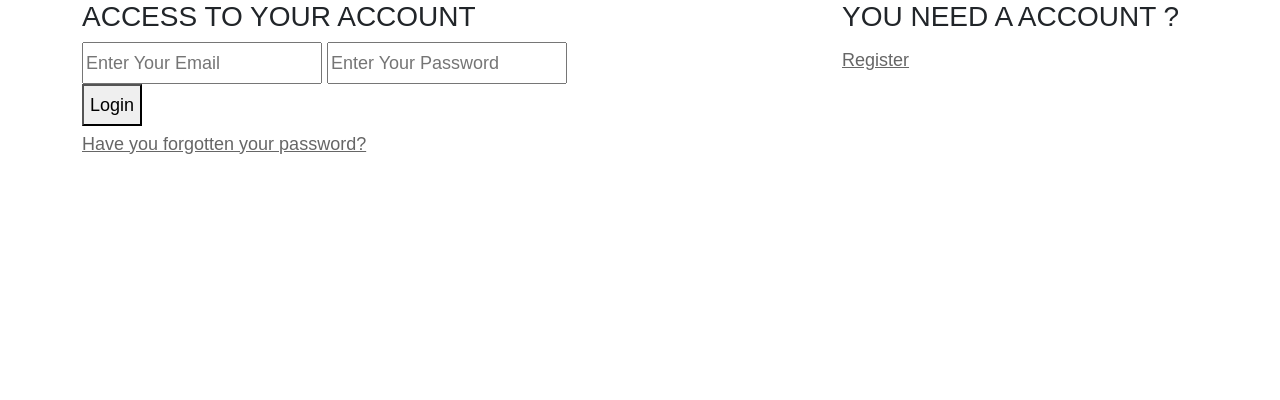
Repository: AnnPTit/ASM_Java04
Page: http://localhost/Asm/views/login
The author's editor kept a copy of each file at every save. The page is drawn from the files as they stood at one save, then again after the next save.
The browser window is 1280 px wide. The pictures show the whole page.
Some web libraries are served in a nearby version. The page is served by Tomcat 9. Other server files are loaded and not shown.

Above is the page before, as saved 2023-03-19 02:46:11.

### Asm/src/main/webapp/views/login.jsp
<%@ page language="java" contentType="text/html; charset=UTF-8"
	pageEncoding="UTF-8"%>
<!DOCTYPE html>
<html>
<head>
<meta charset="UTF-8">
<title>Login</title>
<link
	href="https://cdn.jsdelivr.net/npm/bootstrap@5.3.0-alpha1/dist/css/bootstrap.min.css"
	rel="stylesheet"
	integrity="sha384-GLhlTQ8iRABdZLl6O3oVMWSktQOp6b7In1Zl3/Jr59b6EGGoI1aFkw7cmDA6j6gD"
	crossorigin="anonymous">
<link rel="stylesheet"
	href="https://cdnjs.cloudflare.com/ajax/libs/font-awesome/6.3.0/css/all.min.css"
	integrity="sha512-SzlrxWUlpfuzQ+pcUCosxcglQRNAq/DZjVsC0lE40xsADsfeQoEypE+enwcOiGjk/bSuGGKHEyjSoQ1zVisanQ=="
	crossorigin="anonymous" referrerpolicy="no-referrer" />
<link rel="stylesheet" href="../assets/css/style.css">
</head>
<body>
	<div class="container">
		<div class="row login__main">
			<div class="col-lg-6 col-sm-12">
				<h3 class="login__title">ACCESS TO YOUR ACCOUNT</h3>

				<form action="" class="login__input">
					<input type="email" id="em" placeholder="Enter Your Email" required
						ng-model="email" /> <input type="password" required
						placeholder="Enter Your Password" ng-model="password" />
					<button class="login__btn" type="submit" ng-click="login()">
						Login</button>
				</form>

				<a href="#login-forget" class="forget__login">Have you forgotten
					your password?</a>
			</div>
			<div class="col-lg-2"></div>
			<div class="col-lg-4 col-sm-12">
				<h3 class="login__title">YOU NEED A ACCOUNT ?</h3>
				<div class="login__input">
					<a class="login__btn register__btn--log" href="#register">Register</a>
				</div>
			</div>
		</div>
	</div>

</body>
</html>

### Asm/src/main/java/controller/LoginController.java
package controller;

import java.io.IOException;

import javax.mail.MessagingException;
import javax.mail.internet.AddressException;
import javax.servlet.ServletException;
import javax.servlet.annotation.WebServlet;
import javax.servlet.http.HttpServlet;
import javax.servlet.http.HttpServletRequest;
import javax.servlet.http.HttpServletResponse;
import javax.servlet.http.HttpSession;

import entity.User;
import repository.UserRepository;
import util.EmailUtility;

/**
 * Servlet implementation class LoginController
 */
@WebServlet(urlPatterns = { "/views/login", "/views/register", "/views/forgot", "/forgot", "/views/changepass",
		"/changepass" })
public class LoginController extends HttpServlet {
	private static final long serialVersionUID = 1L;

	/**
	 * @see HttpServlet#HttpServlet()
	 */
	UserRepository userRepository = new UserRepository();
	EmailUtility emailUtility = new EmailUtility();

	public LoginController() {
		super();
		// TODO Auto-generated constructor stub
	}

	/**
	 * @see HttpServlet#doGet(HttpServletRequest request, HttpServletResponse
	 *      response)
	 */
	protected void doGet(HttpServletRequest request, HttpServletResponse response)
			throws ServletException, IOException {
//		request.getRequestDispatcher("/views/login.jsp").forward(request, response);

		String uri = request.getRequestURI();
		if (uri.contains("login")) {
			String username = request.getParameter("username");
			String password = request.getParameter("password");
			User user = new User();
			if (username == null) {
				request.getRequestDispatcher("/views/login.jsp").forward(request, response);
				return;
			} else {
				user = userRepository.logIn(username, password);
			}

			if (user != null) {
				HttpSession session = request.getSession();
				session.setAttribute("username", username);
				session.setAttribute("password", password);
				String path = request.getContextPath();
				if (user.getIsAdmin() == true) {
					response.sendRedirect(path + "/admins/Admin");
				} else {
					response.sendRedirect(path + "/views/video");
				}

			} else {
				request.setAttribute("error", "This account is not valid!");
				request.getRequestDispatcher("/views/login.jsp").forward(request, response);
			}

		} else if (uri.contains("register")) {
			request.getRequestDispatcher("/views/Register.jsp").forward(request, response);
		} else if (uri.contains("forgot")) {
			request.getRequestDispatcher("/views/Forget.jsp").forward(request, response);
		} else if (uri.contains("changepass")) {
			request.getRequestDispatcher("/views/ChangePass.jsp").forward(request, response);
		}

	}

	/**
	 * @see HttpServlet#doPost(HttpServletRequest request, HttpServletResponse
	 *      response)
	 */
	protected void doPost(HttpServletRequest request, HttpServletResponse response)
			throws ServletException, IOException {
		String uri = request.getRequestURI();
		if (uri.contains("forgot")) {
			try {
				this.sendNewPass(request, response);
			} catch (MessagingException e) {
				// TODO Auto-generated catch block
				e.printStackTrace();
			}
		} else if (uri.contains("changepass")) {
			this.changePass(request, response);
		}
	}

	private void changePass(HttpServletRequest request, HttpServletResponse response)
			throws IOException, ServletException {
		HttpSession session = request.getSession();
		String username = (String) session.getAttribute("username");
		String path = request.getContextPath();
		String pass = request.getParameter("password");
		String newPass = request.getParameter("newPass");
		String rePass = request.getParameter("reNewPass");

		if (!newPass.equals(rePass)) {
			request.setAttribute("mess", "Password does not match ");
			request.getRequestDispatcher("/views/ChangePass.jsp").forward(request, response);
			return;
		}
		if (username == null) {
			request.setAttribute("mess", "Please login frist!");
			request.getRequestDispatcher("/views/ChangePass.jsp").forward(request, response);

		} else {
			User user = userRepository.getUserbyUserName(username);
			if (!user.getPassword().equals(pass)) {
				request.setAttribute("mess", "Password incorect! ");
				request.getRequestDispatcher("/views/ChangePass.jsp").forward(request, response);
				return;
			} else {
				user.setPassword(newPass);
				userRepository.updateUser(user);
				System.out.println("Cap Nhat Mat Khau Thanh Cong");
//				request.getRequestDispatcher("/views/ChangePass").forward(request, response);
				response.sendRedirect(path + "/views/login");
			}

		}
	}

	private void sendNewPass(HttpServletRequest request, HttpServletResponse response)
			throws AddressException, MessagingException, ServletException, IOException {
		String email = request.getParameter("email");
		User user = userRepository.getUserByEmail(email);
		if (user == null) {
			HttpSession session = request.getSession();
			session.setAttribute("mess", "Email is not valid");
			String path = request.getContextPath();
			request.getRequestDispatcher("/views/Forget.jsp").forward(request, response);
			return;
		}

		String pass = user.getPassword();
		emailUtility.guiMail(email, "Your password is " + pass);
		HttpSession session = request.getSession();
		session.setAttribute("mess", "Password was sended to your email");
		String path = request.getContextPath();
		response.sendRedirect(path + "/views/login");
	}

}

### Asm/src/main/java/util/EmailUtility.java
package util;

import java.util.Properties;

import javax.mail.Authenticator;
import javax.mail.Message;
import javax.mail.MessagingException;
import javax.mail.Multipart;
import javax.mail.PasswordAuthentication;
import javax.mail.Session;
import javax.mail.Transport;
import javax.mail.internet.AddressException;
import javax.mail.internet.InternetAddress;
import javax.mail.internet.MimeBodyPart;
import javax.mail.internet.MimeMessage;
import javax.mail.internet.MimeMultipart;

public class EmailUtility {
	private final String emailSubject = "Pham An Want with you !";

	public void guiMail(String emailNhan, String textMessage) throws AddressException, MessagingException {

		final String emailGui = "PhamThanhAnzwz@gmail.com";
		final String matKhau = "wgfiytddwlxepcid";

		Properties prop = new Properties();

		prop.put("mail.smtp.auth", true);
		prop.put("mail.smtp.starttls.enable", "true");
		prop.put("mail.smtp.host", "smtp.gmail.com");
		prop.put("mail.smtp.port", "587");
		prop.put("mail.smtp.ssl.protocols", "TLSv1.2");
		prop.put("mail.smtp.ssl.trust", "smtp.gmail.com");

		Session session = Session.getInstance(prop, new Authenticator() {
			@Override
			protected PasswordAuthentication getPasswordAuthentication() {
				return new PasswordAuthentication(emailGui, matKhau);
			}
		});

		Message message = new MimeMessage(session);
		message.setFrom(new InternetAddress(emailGui));
		message.setRecipients(Message.RecipientType.TO, InternetAddress.parse(emailNhan));

		// Tiêu đề
		message.setSubject(emailSubject);

		// Nội dung
		MimeBodyPart mimeBodyPart = new MimeBodyPart();
		mimeBodyPart.setContent(textMessage, "text/html; charset=utf-8");

		Multipart multipart = new MimeMultipart();
		multipart.addBodyPart(mimeBodyPart);

		message.setContent(multipart);

		Transport.send(message);
	}
}

### Asm/src/main/java/entity/User.java
package entity;

import java.util.List;

import javax.persistence.Column;
import javax.persistence.Entity;
import javax.persistence.FetchType;
import javax.persistence.GeneratedValue;
import javax.persistence.GenerationType;
import javax.persistence.Id;
import javax.persistence.OneToMany;
import javax.persistence.Table;

@Entity
@Table(name = "`user`")
public class User {

	@Id
	@Column(name = "id")
	@GeneratedValue(strategy = GenerationType.IDENTITY)
	private Integer id;
	@Column(name = "username")
	private String username;
	@Column(name = "password")
	private String password;
	@Column(name = "email")
	private String email;
	@Column(name = "isAdmin")
	private Boolean isAdmin;
	@Column(name = "isActive")
	private Boolean isActive;
	@OneToMany(mappedBy = "user", fetch = FetchType.LAZY)
	private List<History> liHistories;

	public User() {
		super();
		// TODO Auto-generated constructor stub
	}

	public User(Integer id, String username, String password, String email, Boolean isAdmin, Boolean isActive,
			List<History> liHistories) {
		super();
		this.id = id;
		this.username = username;
		this.password = password;
		this.email = email;
		this.isAdmin = isAdmin;
		this.isActive = isActive;
		this.liHistories = liHistories;
	}

	public Integer getId() {
		return id;
	}

	public void setId(Integer id) {
		this.id = id;
	}

	public String getUsername() {
		return username;
	}

	public void setUsername(String username) {
		this.username = username;
	}

	public String getPassword() {
		return password;
	}

	public void setPassword(String password) {
		this.password = password;
	}

	public String getEmail() {
		return email;
	}

	public void setEmail(String email) {
		this.email = email;
	}

	public Boolean getIsAdmin() {
		return isAdmin;
	}

	public void setIsAdmin(Boolean isAdmin) {
		this.isAdmin = isAdmin;
	}

	public Boolean getIsActive() {
		return isActive;
	}

	public void setIsActive(Boolean isActive) {
		this.isActive = isActive;
	}

	public List<History> getLiHistories() {
		return liHistories;
	}

	public void setLiHistories(List<History> liHistories) {
		this.liHistories = liHistories;
	}

}

### Asm/src/main/webapp/assets/css/style.css
@charset "UTF-8";

.test {
	color: red;
}

/*

TemplateMo 552 Video Catalog

https://templatemo.com/tm-552-video-catalog

*/
html {
	scroll-behavior: smooth;
	overflow-x: hidden;
}

body {
	margin: 0;
	padding: 0;
	font-family: 'Source Sans Pro', sans-serif;
	font-size: 18px;
	line-height: 2em;
	overflow-x: hidden;
}

a {
	transition: all 0.3s ease;
	color: #666;
}

a:hover {
	color: #29BBCC;
	text-decoration: none;
}

h2, p {
	color: #666666;
}

.tm-site-header {
	position: absolute;
	z-index: 1000;
	width: 100%;
	top: 0;
	left: 0;
	padding: 40px;
}

.tm-logo-container {
	display: block;
	padding: 30px;
	width: 320px;
	height: 160px;
}

.tm-site-logo {
	font-size: 3rem;
}

.tm-site-name {
	font-size: 1.9rem;
}

#tm-video-container {
	max-height: 720px;
	overflow: hidden;
	background-color: #333;
}

#tm-video {
	width: 100%;
	height: auto;
}

.tm-bg-black {
	background-color: rgba(0, 0, 0, 0.5);
	color: white;
}

.tm-bg-gray {
	background-color: #F4F4F4;
}

.tm-text-primary {
	color: #3399CC;
}

.tm-text-secondary {
	color: #3CAFAF;
}

.tm-nav-link {
	color: white;
	font-size: 1.4rem;
}

#tm-main-nav .nav-item .nav-link {
	border-bottom: 1px solid transparent;
}

#tm-main-nav .nav-item.active .nav-link, #tm-main-nav .nav-item:hover .nav-link
	{
	border-bottom: 1px solid white;
	color: white;
}

.tm-welcome-container {
	position: absolute;
	width: 100%;
	height: 100%;
	display: flex;
	justify-content: center;
	flex-direction: column;
	z-index: 999;
}

.tm-welcome-container-inner {
	margin-top: 100px;
}

.tm-welcome-text {
	font-size: 1.6rem;
}

.btn {
	padding: 15px 60px;
	font-size: 1.6rem;
	border: none;
	cursor: pointer;
}

.btn-primary {
	background-color: #3399CC;
}

.btn-primary:hover {
	background-color: #1674a0;
}

/*
    Button hover effect: https://tympanus.net/Development/CreativeButtons/
*/
.tm-btn-animate {
	position: relative;
	overflow: hidden;
	-webkit-backface-visibility: hidden;
	-moz-backface-visibility: hidden;
	backface-visibility: hidden;
	transition: all 0.3s ease;
}

.tm-btn-animate:before {
	left: 0;
	top: -100%;
	position: absolute;
	height: 100%;
	width: 100%;
	line-height: 2.5;
	-webkit-transition: all 0.3s;
	-moz-transition: all 0.3s;
	transition: all 0.3s;
	font-family: "Font Awesome 5 Free";
	font-style: normal;
	font-weight: 900;
	line-height: 1;
	-webkit-font-smoothing: antialiased;
}

.tm-btn-animate:after {
	content: '';
	position: absolute;
	z-index: -1;
	-webkit-transition: all 0.3s;
	-moz-transition: all 0.3s;
	transition: all 0.3s;
}

.tm-btn-animate:hover:before {
	top: 13px;
}

.tm-btn-animate span {
	display: inline-block;
	width: 100%;
	height: 100%;
	-webkit-transition: all 0.3s;
	-webkit-backface-visibility: hidden;
	-moz-transition: all 0.3s;
	-moz-backface-visibility: hidden;
	transition: all 0.3s;
	backface-visibility: hidden;
}

.tm-btn-animate:hover span {
	-webkit-transform: translateY(300%);
	-moz-transform: translateY(300%);
	-ms-transform: translateY(300%);
	transform: translateY(300%);
}

.tm-btn-cta {
	color: white;
	background-color: rgba(0, 0, 0, 0.5);
}

.tm-btn-cta:before {
	font-size: 180%;
}

.tm-btn-download:before {
	font-size: 120%;
}

.tm-btn-submit:before {
	font-size: 120%;
}

.tm-icon-down:before {
	content: '\f078';
}

.tm-icon-download:before {
	content: '\f019';
}

.tm-icon-submit:before {
	content: '\f1d8';
}

.tm-icon-submit:hover:before {
	top: 18px;
}

.tm-btn-cta:hover {
	color: white;
}

.tm-btn-download:hover, .tm-btn-download:focus, .tm-btn-submit:hover,
	.tm-btn-submit:focus {
	color: white;
	background-color: #3399CC;
}

.tm-btn-download span {
	padding-top: 10px;
}

.tm-btn-small {
	padding: 10.5px 35px;
	font-size: 1.2rem;
}

#tm-video-control-button {
	position: absolute;
	bottom: 20px;
	right: 20px;
	z-index: 1000;
}

.tm-content-container {
	max-width: 1422px;
	padding-top: 80px;
	padding-bottom: 35px;
}

.tm-page-title {
	font-size: 2.5rem;
}

.tm-catalog-item-list {
	justify-content: space-between;
}

.tm-catalog-item {
	max-width: 462px;
	display: flex;
	flex-direction: column;
	margin-bottom: 64px;
}

.tm-thumbnail-container {
	overflow: hidden;
}

.tm-thumbnail-container img {
	transition: all 0.3s ease;
}

.tm-thumbnail-container:hover img {
	transform: scale(1.2) rotate(5deg);
}

.tm-img-overlay {
	top: 0;
	left: 0;
	width: 100%;
	height: 100%;
	display: flex;
	align-items: center;
	justify-content: center;
	background-color: rgba(0, 0, 0, 0.4);
	cursor: pointer;
	transition: all 0.3s ease;
}

.tm-overlay-icon {
	color: #a7a7a7;
	opacity: 1;
	font-size: 2rem;
	padding: 10px 15px;
	background-color: rgba(0, 0, 0, 0.5);
	border-radius: 50%;
	width: 70px;
	height: 70px;
	display: flex;
	align-items: center;
	justify-content: center;
	padding-right: 8px;
	z-index: 1002;
	transition: all 0.3s ease;
}

.tm-img-overlay:hover {
	background-color: transparent;
}

.tm-img-overlay:hover .tm-overlay-icon {
	opacity: 0;
}

.tm-catalog-item-description {
	flex: 1;
}

.tm-categories-container {
	display: flex;
	align-items: center;
}

.tm-categories-text {
	margin-right: 16px;
}

.tm-category-list {
	font-size: 1.75rem;
}

.tm-category-item {
	margin: 16px;
}

.tm-category-link {
	color: #3399CC;
	padding: 10px;
	border-bottom: 3px solid transparent;
}

.tm-category-link.active, .tm-category-link:hover {
	border-bottom: 3px solid #3399CC;
	color: #3399CC;
}

.tm-paging-link {
	background-color: #F4F4F4;
	margin-right: 12px;
	font-size: 1.5rem;
	width: 60px;
	height: 60px;
	display: flex;
	align-items: center;
	justify-content: center;
}

.nav-item.active>.tm-paging-link, .nav-item:hover>.tm-paging-link {
	background-color: #CCC;
	color: #666666;
}

.tm-subscribe-form {
	display: flex;
	align-items: center;
}

.tm-subscribe-form>input {
	padding: 5px 15px;
	margin-right: 20px;
	flex: 1;
	max-width: 382px;
}

.tm-footer-links>li {
	margin-bottom: 10px;
}

/*Video detail page*/
.tm-video-title {
	font-size: 2.5rem;
}

.tm-share-box {
	font-size: 1.4rem;
	padding: 3rem;
}

.tm-share-box-title {
	font-size: 1.4rem;
}

.tm-bg-white {
	background-color: white;
	border: 1px solid #CDCECF;
	border-radius: 5px;
}

.tm-share-button {
	width: 52px;
	height: 52px;
	display: flex;
	align-items: center;
	justify-content: center;
	margin-right: 24px;
}

.tm-share-button:last-child {
	margin-right: 0;
}

.tm-text-link {
	color: #3399CC;
}

.tm-likes-box, .tm-btn-download {
	width: 280px;
	height: 60px;
}

.tm-likes-box {
	padding-top: 12px;
}

.tm-video-description-box {
	max-width: 920px;
}

.tm-text-gray {
	color: #6F7071;
}

.tm-fixed-header {
	background-position: center;
	background-repeat: no-repeat;
	background-attachment: fixed;
	background-size: cover;
	background-color: #666;
}

#tm-fixed-header-bg {
	height: 450px;
}

.tm-fixed-header-1 {
	background-image: url(../img/video-detail-1.jpg);
}

.tm-fixed-header-2 {
	background-image: url(../img/about-1.jpg);
}

.tm-fixed-header-3 {
	background-image: url(../img/contact-1.jpg);
}

video {
	width: 100%;
	height: auto;
}

.fa-facebook {
	color: #3b5998;
}

.fa-twitter {
	color: #00acee;
}

.fa-pinterest {
	color: #c8232c;
}

.tm-liked-icon {
	display: none;
}

.tm-not-liked-icon {
	display: inline-block;
}

.tm-liked-icon, .tm-not-liked-icon {
	margin-top: 3px;
}

.tm-liked .tm-liked-icon {
	display: inline-block;
}

.tm-liked .tm-not-liked-icon {
	display: none;
}

.tm-welcome-text-2 {
	max-width: 575px;
}

.tm-share-button:hover {
	background-color: #e9ecef;
}

/*About*/
.tm-about-text-container {
	max-width: 920px;
}

.parallax-window {
	min-height: 270px;
	background: transparent;
}

.parallax-window-2 {
	min-height: 360px;
}

.tm-about-icon {
	color: #999;
}

/* Contact */
.mapouter {
	position: relative;
	text-align: right;
	height: 540px;
	width: 100%;
}

.gmap_canvas {
	overflow: hidden;
	background: none !important;
	height: 540px;
	width: 100%;
}

.form-control {
	font-size: 1.2rem;
	padding: 21px 25px;
}

.form-group {
	margin-bottom: 35px;
}

#contact-select {
	height: 60px;
	border-radius: 0;
}

#contact-select:not([multiple]) {
	-webkit-appearance: none;
	-moz-appearance: none;
	background-position: right 15px center;
	background-repeat: no-repeat;
	background-image: url(../img/select-arrow.png);
	padding: 14px 20px;
	padding-right: 20px;
	color: #666;
}

.tm-testimonial-text {
	max-width: 420px;
	font-style: italic;
}

@media ( min-width : 992px) {
	#tm-main-nav .nav-item {
		margin: 20px 40px;
	}
	.navbar-expand-lg .navbar-nav .nav-link {
		padding: 8px 0px;
	}
	.navbar-expand-lg .navbar-collapse {
		justify-content: flex-end;
	}
}

@media ( max-width : 1419px) {
	.tm-catalog-item {
		margin-bottom: 30px;
	}
}

@media ( max-width : 991px) {
	.navbar {
		max-width: 220px;
		position: absolute;
		top: 0;
		right: 0;
		padding: 0;
	}
	.navbar-collapse {
		background-color: rgba(0, 0, 0, 0.5);
		border-radius: 5px;
		border-top-right-radius: 0;
		padding: 10px 15px;
	}
	.nav-item {
		margin-bottom: 10px;
	}
	.navbar-toggler {
		border-bottom-left-radius: 0;
		border-bottom-right-radius: 0;
		width: 52px;
		height: 40px;
	}
	.navbar-toggler.collapsed {
		border-bottom-left-radius: .25rem;
		border-bottom-right-radius: .25rem;
	}
	.navbar-toggler i.tm-menu-opened-icon {
		display: block;
	}
	.navbar-toggler i.tm-menu-closed-icon {
		display: none;
	}
	.navbar-toggler.collapsed i.tm-menu-opened-icon {
		display: none;
	}
	.navbar-toggler.collapsed i.tm-menu-closed-icon {
		display: block;
	}
	.tm-welcome-container-inner {
		margin-top: 150px;
	}
	.tm-welcome-text {
		font-size: 1.4rem;
	}
	#tm-video {
		width: 888px;
		height: 500px;
	}
	.tm-logo-container {
		height: 160px;
		width: 250px;
	}
	.tm-site-header {
		padding: 20px;
	}
	.tm-catalog-item-list {
		max-width: 924px;
	}
	.tm-share-box {
		max-width: 400px;
	}
}

@media ( max-width : 879px) {
	.tm-categories-container {
		flex-direction: column;
		align-items: flex-start;
	}
}

@media ( max-width : 640px) {
	.tm-subscribe-form {
		flex-direction: column;
		align-items: stretch;
	}
	.tm-subscribe-form>input {
		max-width: 100%;
	}
	.tm-subscribe-form input {
		margin-right: 0;
		margin-bottom: 15px;
	}
	.tm-share-box {
		padding-left: 1.5rem;
		padding-right: 1.5rem;
	}
}

@media ( max-width : 419px) {
	.tm-testimonial {
		flex-direction: column;
	}
}

### Asm/src/main/webapp/assets/css/Login.css
@charset "UTF-8";

:root { -
	-primary-color: #1c1d1b; -
	-primary--font: "Kanit", sans-serif; -
	-white-color: #fff; -
	-balck--color: #000;
}

html {
	margin: 0;
	padding: 0;
	font-size: 62.5%;
}

.login__main {
	min-height: 550px;
}

.login__title {
	font-size: 2rem;
	margin-top: 30px;
	margin-bottom: 30px;
	text-transform: uppercase;
}

.login__input {
	display: flex;
	flex-direction: column;
}

.login__input input {
	border: none;
	outline: none;
	border-bottom: 1px solid #000;
	line-height: 2rem;
	padding: 10px 0;
	margin: 10px 0;
	font-size: 1.3rem;
}

.login__btn {
	background-color: var(- -primary-color);
	color: var(- -white-color);
	font-size: 1.4rem;
	text-transform: uppercase;
	padding: 5px 0;
	margin-top: 50px;
	margin-bottom: 50px;
	text-align: center;
	text-decoration: none;
}

.login__btn:hover {
	opacity: 0.8;
}

.forget__login {
	text-decoration: none;
	color: var(- -primary-color);
	font-size: 1.4rem;
	font-family: "Segoe UI", Tahoma, Geneva, Verdana, sans-serif;
}

.forget__login:hover {
	text-decoration: underline;
}

.register__btn--log {
	background-color: transparent;
	color: var(- -balck--color);
	border: 1px solid #000;
	text-align: center;
	text-decoration: none;
}
/* Register */
.register__main {
	margin: 50px auto;
}

.register__btn {
	width: 150px;
	height: 40px;
	background-color: #000;
	color: #fff;
	font-size: 1.4rem;
	text-align: center;
}

After the next save:
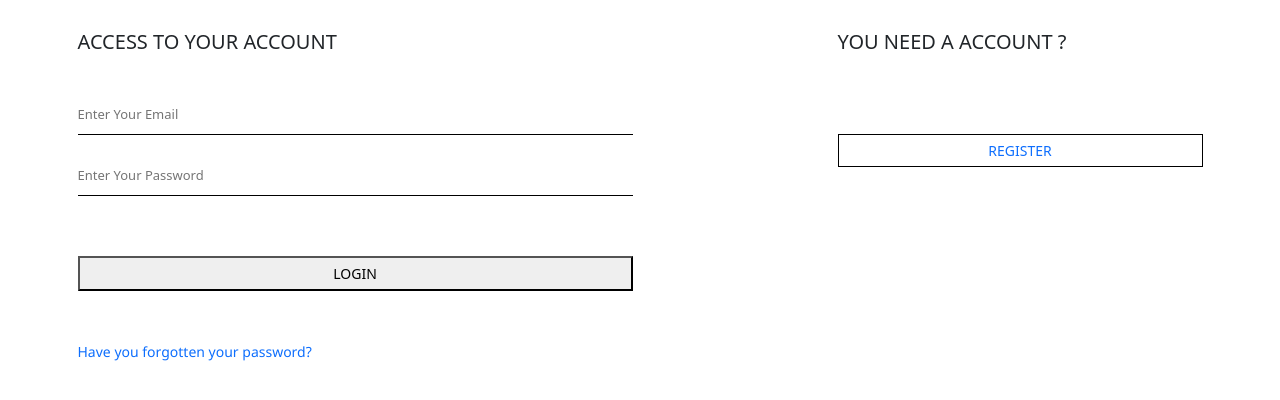
Saved 11 s later.
--- a/Asm/src/main/webapp/views/login.jsp
+++ b/Asm/src/main/webapp/views/login.jsp
@@ -14,7 +14,7 @@
 	href="https://cdnjs.cloudflare.com/ajax/libs/font-awesome/6.3.0/css/all.min.css"
 	integrity="sha512-SzlrxWUlpfuzQ+pcUCosxcglQRNAq/DZjVsC0lE40xsADsfeQoEypE+enwcOiGjk/bSuGGKHEyjSoQ1zVisanQ=="
 	crossorigin="anonymous" referrerpolicy="no-referrer" />
-<link rel="stylesheet" href="../assets/css/style.css">
+<link rel="stylesheet" href="../assets/css/Login.css">
 </head>
 <body>
 	<div class="container">
